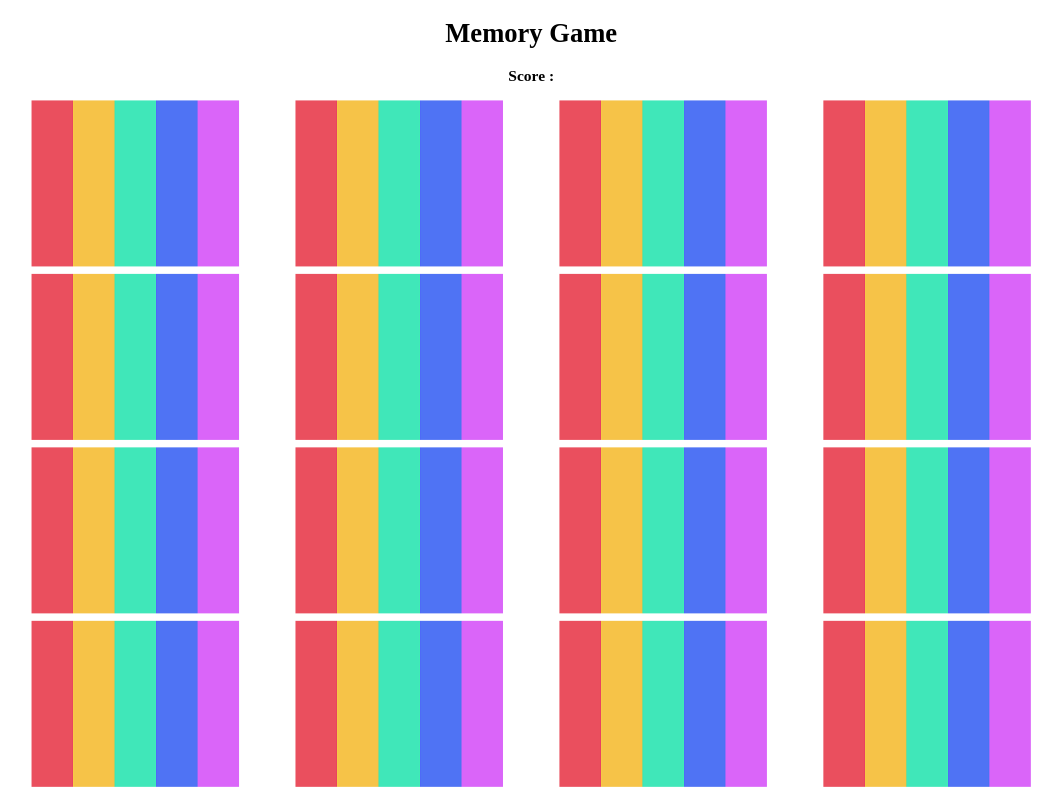
Repository: divyaravada/javascript-games
Page: memory-game/memorygame.html
An editor plug-in stored every save of this project. The page is shown before and after the next save, followed by the edit.
The browser window is 1280 px wide. The pictures show the whole page, at 83% of full size.

Above is the page before, as saved 2022-03-15 17:06:00.

After the next save:
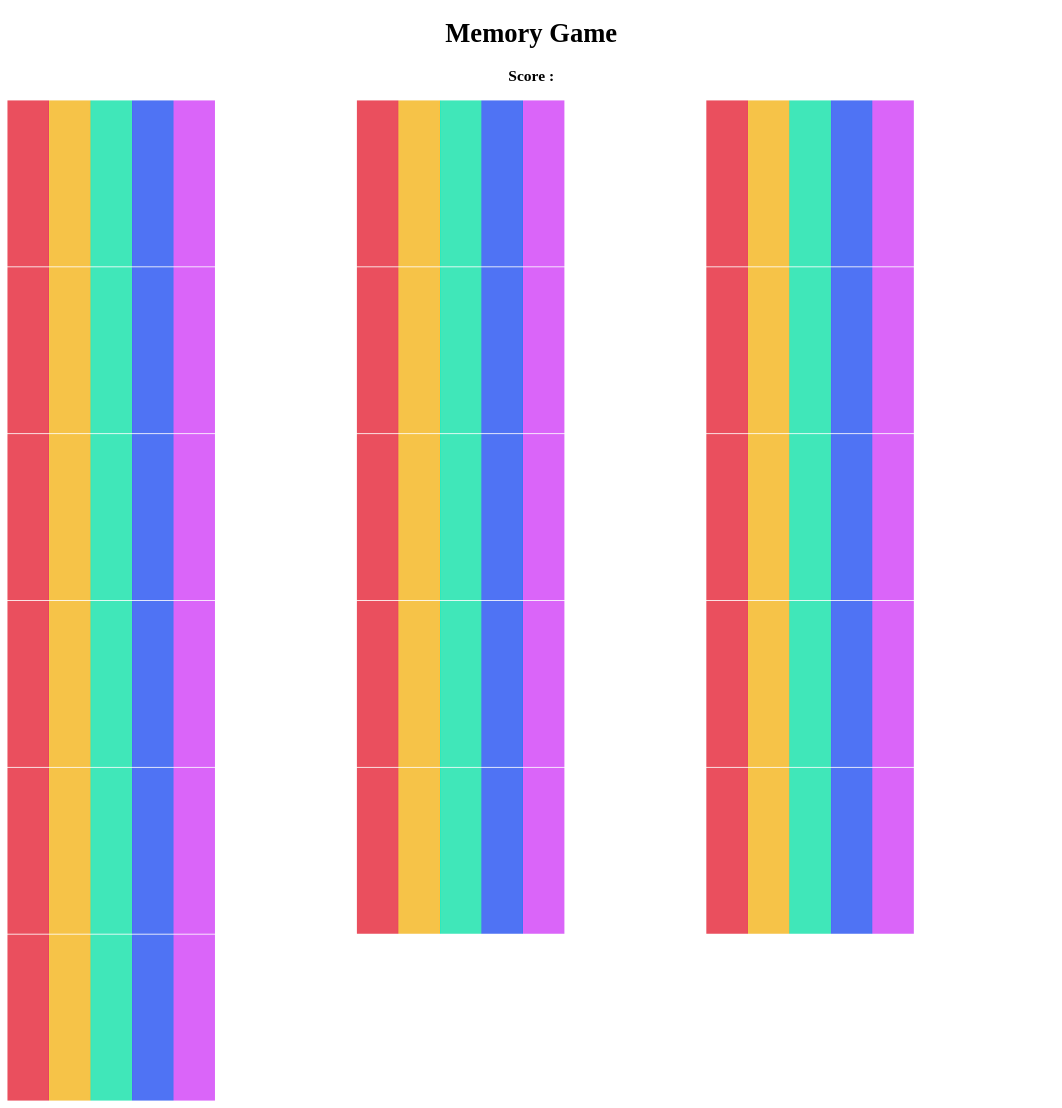
Saved 2 min 55 s later.
--- a/memory-game/memorystyle.css
+++ b/memory-game/memorystyle.css
@@ -5,11 +5,7 @@
 }
 #grid {
   display: grid;
-  grid-template-columns: repeat(auto-fit, minmax(250px, 1fr));
-  grid-gap: 0.5rem;
-  justify-items: center;
-  margin: 0;
-  padding: 0;
+  grid-template-columns: repeat(3, 1fr);
 }
 #grid img {
   width: 250px;
